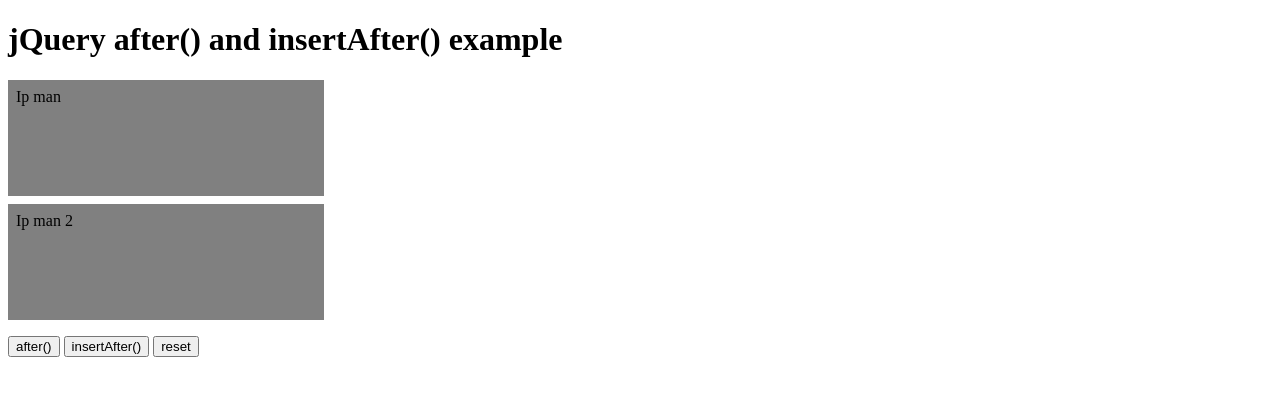
Repository: sudheerj/jQuery
Page: jQueryExamples/chapter06/SetDropboxValue.html
These files come from the project's save history. The page is drawn as it stood at one moment and after the next save; the edit follows.
The browser window is 1280 px wide. The pictures show the whole page.

Above is the page before, as saved 2016-10-21 17:52:11.

After the next save:
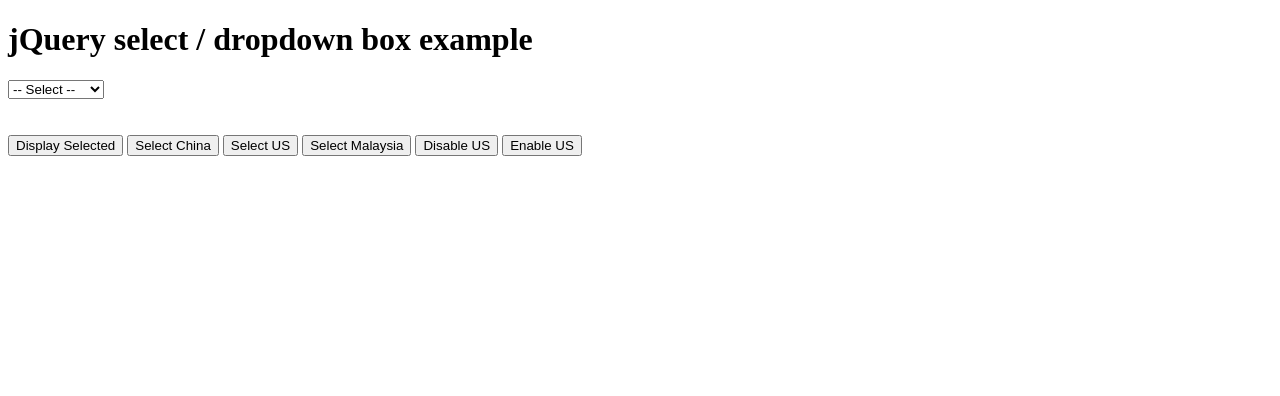
Saved 95 s later.
--- a/jQueryExamples/chapter06/SetDropboxValue.html
+++ b/jQueryExamples/chapter06/SetDropboxValue.html
@@ -3,64 +3,72 @@
 	<head>
 		<title>jQuery Animate</title>
 		<script type="text/javascript" src="..\jquery\jquery-3.1.1.min.js"></script>
-		<style type="text/css">
-			.greyBox {
-				padding: 8px;
-				background: grey;
-				margin-bottom: 8px;
-				width: 300px;
-				height: 100px;
-			}
-			.redBox {
-				padding: 8px;
-				background: red;
-				margin-bottom: 8px;
-				width: 200px;
-				height: 50px;
-			}
-		</style>
+		</head>
 
-	</head>
-	<body>
-		<h1>jQuery after() and insertAfter() example</h1>
+<body>
 
-		<div class="greyBox">
-			Ip man
-		</div>
+<h1>jQuery select / dropdown box example</h1>
 
-		<div class="greyBox">
-			Ip man 2
-		</div>
+<script type="text/javascript">
 
-		<p>
-			<button id="after">
-				after()
-			</button>
-			<button id="insertAfter">
-				insertAfter()
-			</button>
-			<button id="reset">
-				reset
-			</button>
-		</p>
+  $(document).ready(function(){
 
-		<script type="text/javascript">
-			$("#after").click(function() {
+    $("#isSelect").click(function () {
 
-				$('.greyBox').after("<div class='redBox'>Iron man</div>");
+	alert($('#country').val());
 
-			});
+    });
 
-			$("#insertAfter").click(function() {
+    $("#selectChina").click(function () {
 
-				$("<div class='redBox'>Iron man</div>").insertAfter('.greyBox');
+	$("#country").val("China");
 
-			});
+    });
 
-			$("#reset").click(function() {
-				location.reload();
-			});
+    $("#selectUS").click(function () {
 
-		</script>
-	</body>
+	$("#country").val("United State");
+
+    });
+
+    $("#selectMalaysia").click(function () {
+
+	$("#country").val("Malaysia");
+
+    });
+
+    $("#disableUS").click(function () {
+
+	$("#country option[value='United State']").attr("disabled", true);
+
+    });
+
+    $("#enableUS").click(function () {
+
+	$("#country option[value='United State']").attr("disabled", false);
+
+    });
+
+  });
+</script>
+</head><body>
+
+<select id="country">
+<option value="None">-- Select --</option>
+<option value="China">China</option>
+<option value="United State">United State</option>
+<option value="Malaysia">Malaysia</option>
+</select>
+
+<br/>
+<br/>
+<br/>
+
+<input type='button' value='Display Selected' id='isSelect'>
+<input type='button' value='Select China' id='selectChina'>
+<input type='button' value='Select US' id='selectUS'>
+<input type='button' value='Select Malaysia' id='selectMalaysia'>
+<input type='button' value='Disable US' id='disableUS'>
+<input type='button' value='Enable US' id='enableUS'>
+</body>
 </html>
